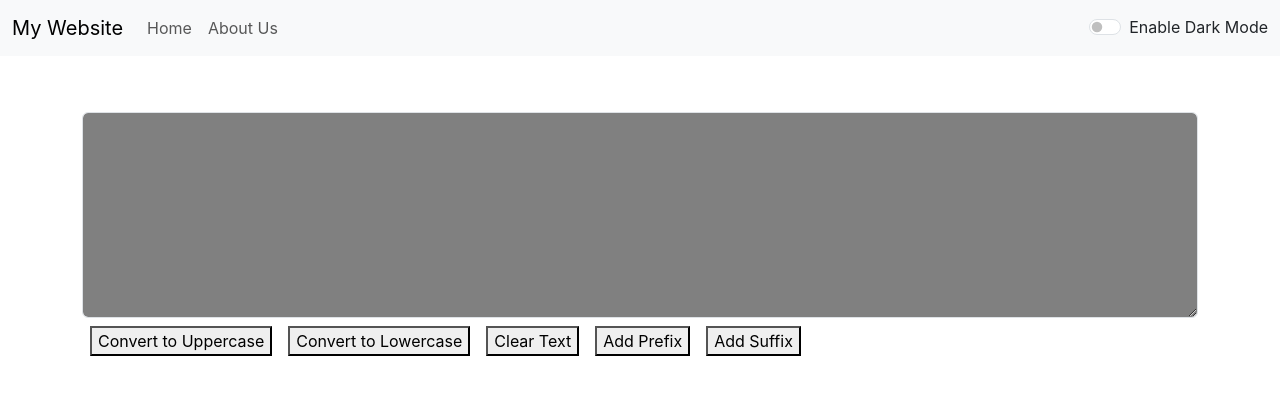
Repository: WajihaGul/Reactjs
Page: /
These files come from the project's save history. The page is drawn as it stood at one moment and after the next save; the edit follows.
The browser window is 1280 px wide. The pictures show the whole page.
The project was rebuilt for these pictures with package versions that can differ from the ones it lists, and the page was loaded fresh each time. Also part of the build but not shown: src/App.css.

Above is the page before, as saved 2024-02-08 09:47:20.

### public/index.html
<!DOCTYPE html>
<html lang="en">
  <head>
    <meta charset="utf-8" />
    <link rel="icon" href="%PUBLIC_URL%/favicon.ico" />
    <meta name="viewport" content="width=device-width, initial-scale=1" />
    <meta name="theme-color" content="#000000" />
    <meta
      name="description"
      content="Web site created using create-react-app"
    />
    <link rel="apple-touch-icon" href="%PUBLIC_URL%/logo192.png" />
    <!--
      manifest.json provides metadata used when your web app is installed on a
      user's mobile device or desktop. See https://developers.google.com/web/fundamentals/web-app-manifest/
    -->
    <link rel="manifest" href="%PUBLIC_URL%/manifest.json" />
    <!--
      Notice the use of %PUBLIC_URL% in the tags above.
      It will be replaced with the URL of the `public` folder during the build.
      Only files inside the `public` folder can be referenced from the HTML.

      Unlike "/favicon.ico" or "favicon.ico", "%PUBLIC_URL%/favicon.ico" will
      work correctly both with client-side routing and a non-root public URL.
      Learn how to configure a non-root public URL by running `npm run build`.
    -->


    <link href="https://cdn.jsdelivr.net/npm/bootstrap@5.3.2/dist/css/bootstrap.min.css" rel="stylesheet" integrity="sha384-T3c6CoIi6uLrA9TneNEoa7RxnatzjcDSCmG1MXxSR1GAsXEV/Dwwykc2MPK8M2HN" crossorigin="anonymous">
    <title>React App</title>

  </head>
  <body>
    <noscript>You need to enable JavaScript to run this app.</noscript>
    <div id="root"></div>
    <script src="https://cdn.jsdelivr.net/npm/bootstrap@5.3.2/dist/js/bootstrap.bundle.min.js" integrity="sha384-C6RzsynM9kWDrMNeT87bh95OGNyZPhcTNXj1NW7RuBCsyN/o0jlpcV8Qyq46cDfL" crossorigin="anonymous"></script>

  </body>
</html>

### src/App.js
import './App.css';
import Navbar from './Components/Navbar';
import TextArea from './Components/TextArea';
import { useState } from 'react';

function App() {
  const [mode, setMode] = useState('light'); // Whether dark mode is enabled or not

  const toggleMode = ()=>{
    if(mode === 'light'){
      setMode('dark');
      document.body.style.backgroundColor = '#042743';

    }
    else{
      setMode('light');
      document.body.style.backgroundColor = 'white';

    }
  }
return (
<>
<Navbar title="My Website" about="About Us" home="HomePage" mode={mode} toggleMode={toggleMode}   />
<TextArea/>
</>
  );
}

export default App;

### src/Components/Navbar.js
import React from 'react';
import PropTypes from 'prop-types';

export default function Navbar(props) {
  return (
      <nav className={`navbar navbar-expand-lg navbar-${props.mode} bg-${props.mode}`}>
          <div className="container-fluid">
              <span className="navbar-brand">{props.title}</span>
              <button className="navbar-toggler" type="button" data-bs-toggle="collapse" data-bs-target="#navbarSupportedContent" aria-controls="navbarSupportedContent" aria-expanded="false" aria-label="Toggle navigation">
                  <span className="navbar-toggler-icon"></span>
              </button>
              <div className="collapse navbar-collapse" id="navbarSupportedContent">
                  <ul className="navbar-nav me-auto mb-2 mb-lg-0">
                      <li className="nav-item">
                          <span className="nav-link" aria-current="page">Home</span>
                      </li>
                      <li className="nav-item">
                          <span className="nav-link">{props.about}</span>
                      </li>
                  </ul>
                  <div className={`form-check form-switch text-${props.mode === 'light' ? 'dark' : 'light'}`}>
                      <input className="form-check-input" onClick={props.toggleMode} type="checkbox" id="flexSwitchCheckDefault"/>
                      <label className="form-check-label" htmlFor="flexSwitchCheckDefault">Enable Dark Mode</label>
                  </div>
              </div>
          </div>
      </nav>
  );
}

Navbar.propTypes = {
    title: PropTypes.string,
    about: PropTypes.string,
    mode: PropTypes.string,
    toggleMode: PropTypes.func
};

### src/Components/TextArea.js
import React, { useState } from "react";

export default function TextArea(props) {
    const [text, setText] = useState('');

    const textOnChange = (event) => {
        setText(event.target.value);
    }

    const textUpper = () => {
        let newText = text.toUpperCase();
        setText(newText);
    }

    const textLower = () => {
        let newText = text.toLowerCase();
        setText(newText);
    }

    const textClear = () => {
        let newText = '';
        setText(newText);
    }

    const prefixText = () => {
        let newText = 'New Text ' + text;
        setText(newText);
    }

    const suffixText = () => {
        let newText = text + ' New Text ';
        setText(newText);
    }

    return (
        <>
            <div className="container" style={{ color: props.mode === 'light' ? 'black' : 'white' }}>
                <h1>Write Here</h1>
                <textarea className="form-control" value={text} onChange={textOnChange} style={{ backgroundColor: props.mode === 'black' ? 'white' : 'grey', color: props.mode === 'light' ? 'black' : 'white' }} id="myBox" rows="8"></textarea>
                <button className="btn1 mx-2 my-2" onClick={textUpper}>Convert to Uppercase</button>
                <button className="btn2 mx-2 my-2" onClick={textLower}>Convert to Lowercase</button>
                <button className="btn3 mx-2 " onClick={textClear}>Clear Text</button>
                <button className="btn4 mx-2 " onClick={prefixText}>Add Prefix</button>
                <button className="btn5 mx-2 " onClick={suffixText}>Add Suffix</button>
            </div>
            <div className="container my-3" style={{ color: props.mode === 'light' ? 'black' : 'white' }}>
                <h2>Text Summary</h2>
                <p>{text.split(' ').length} words and {text.length} characters</p>
                <p>{(0.008 * text.split(' ').length)} Minutes read.</p>
                <h2>Preview</h2>
                <p><b>{text}</b></p>
            </div>
        </>
    );
}

Loaded but not shown: src/index.js (common file); src/index.css (common file); src/reportWebVitals.js (common file)

After the next save:
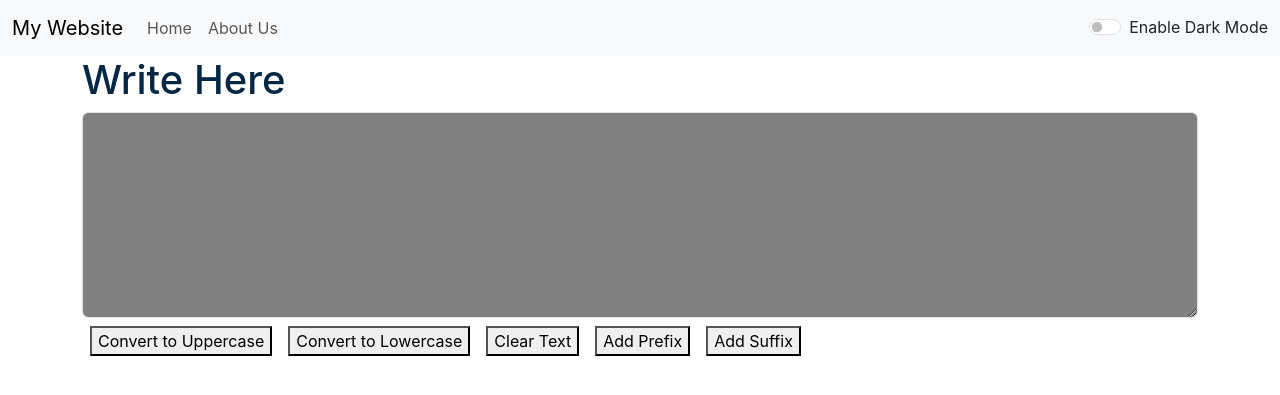
Saved 3 min 0 s later.
--- a/src/Components/TextArea.js
+++ b/src/Components/TextArea.js
@@ -34,7 +34,7 @@ export default function TextArea(props) {
 
     return (
         <>
-            <div className="container" style={{ color: props.mode === 'light' ? 'black' : 'white' }}>
+             <div className="container" style={{color: props.mode==='dark'?'white':'#042743'}}>
                 <h1>Write Here</h1>
                 <textarea className="form-control" value={text} onChange={textOnChange} style={{ backgroundColor: props.mode === 'black' ? 'white' : 'grey', color: props.mode === 'light' ? 'black' : 'white' }} id="myBox" rows="8"></textarea>
                 <button className="btn1 mx-2 my-2" onClick={textUpper}>Convert to Uppercase</button>
